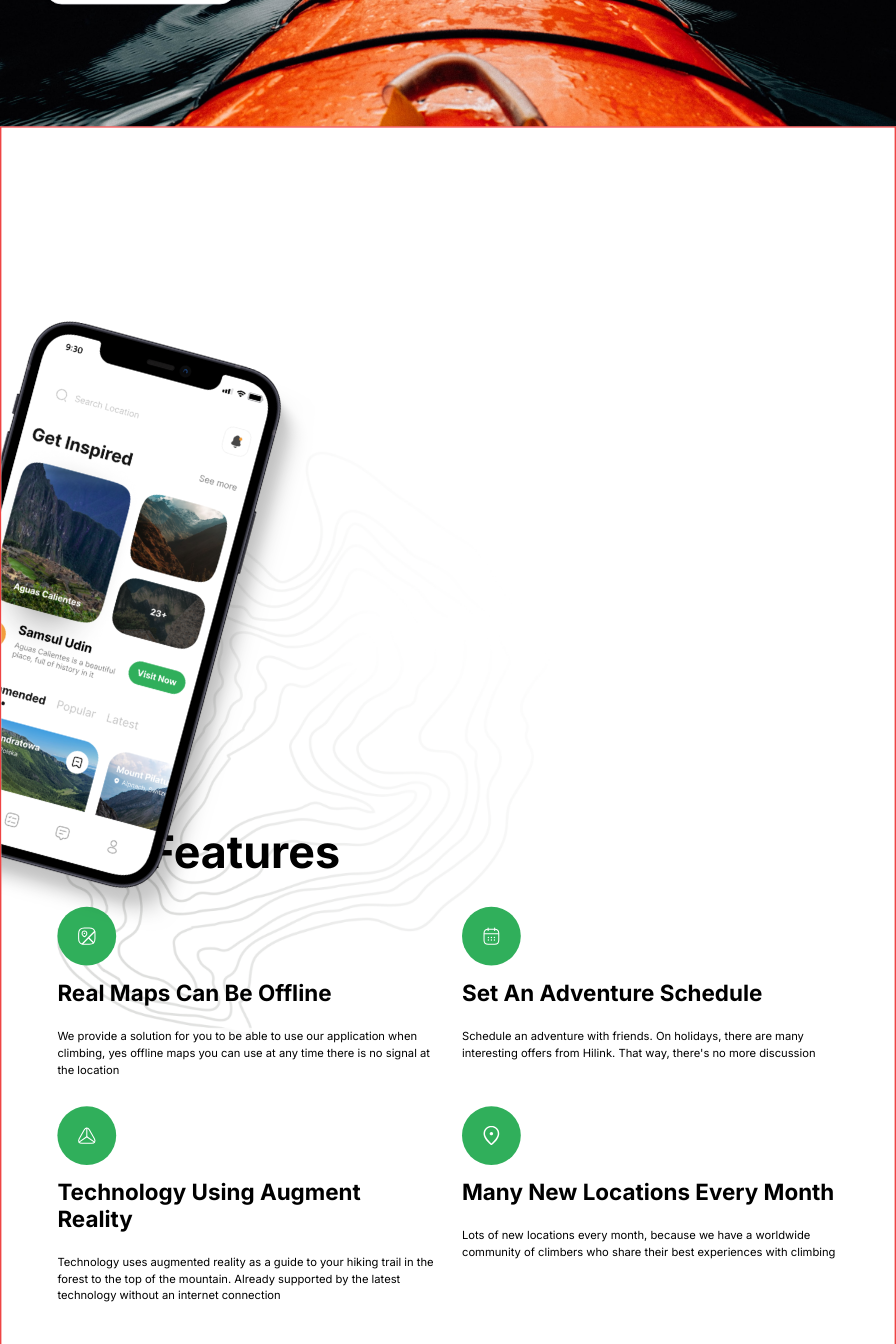
Repository: martin-raphael/travel_agency
Page: /
These files come from the project's save history. The page is drawn as it stood at one moment and after the next save; the edit follows.
The browser window is 1280 px wide. The pictures show the part of the page from y = 2436 to 4356 px (the page is 4444 px tall before and 3760 px after), at 70% of full size.
The project was rebuilt for these pictures with package versions that can differ from the ones it lists, and the page was loaded fresh each time. The framework's server and built-in components were replaced by stand-ins that run in the browser. Also part of the build but not shown: next.config.mjs.

Above is the page before, as saved 2024-08-09 01:22:14.

After the next save:
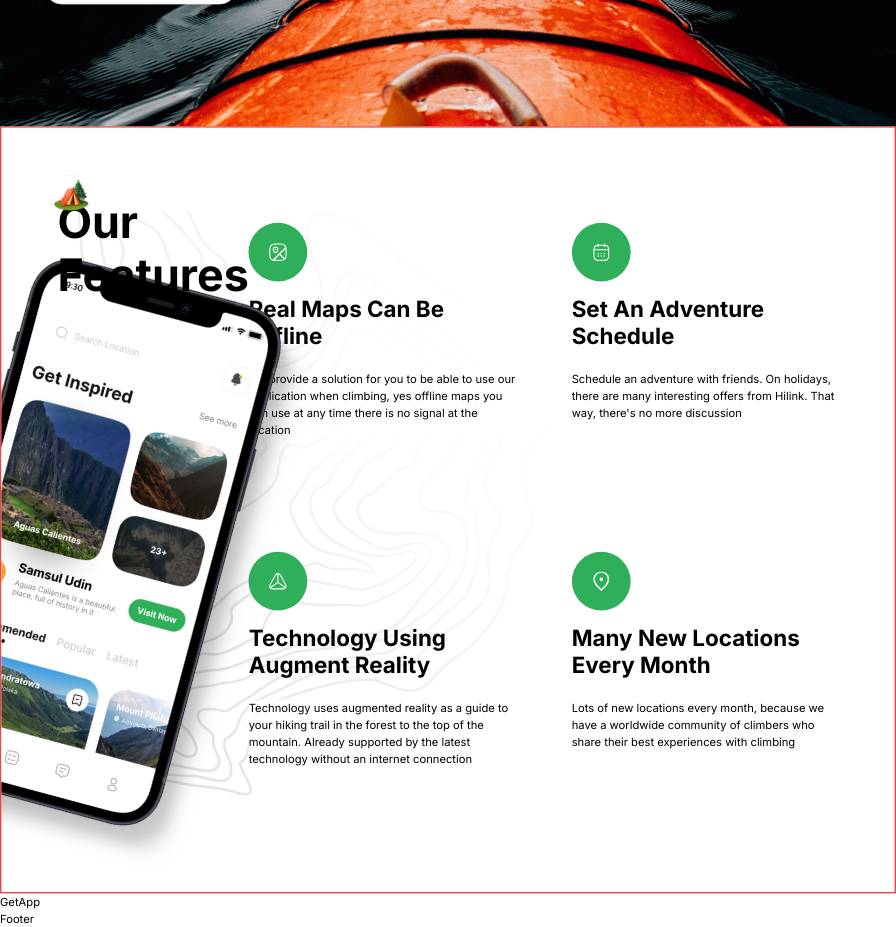
Saved 2 min 54 s later.
--- a/components/Features.tsx
+++ b/components/Features.tsx
@@ -8,7 +8,7 @@ const Features = () => {
       className="border-2 border-red-500 flex-col flexCenter overflow-hidden bg-feature-bg
     bg-center bg-no-repeat py-24"
     >
-      <div className="max-container padding-container relative w-full justify-end">
+      <div className="max-container padding-container relative w-full flex justify-end">
         <div className="flex flex-1 lg:min-h-[900px]">
           <Image
           className="feature-phone"
@@ -28,7 +28,7 @@ const Features = () => {
           </div>
           <h2 className="bold-40 lg:bold-64">Our Features</h2>
         </div>
-        <ul className=" mt-10 grid gap-10 md:grid-cols-2">
+        <ul className=" mt-10 grid gap-10 md:grid-cols-2 lg:mg-20 lg:gap-20">
           {FEATURES.map((feature)=>(
             <FeatureItem
             key={feature.title}
